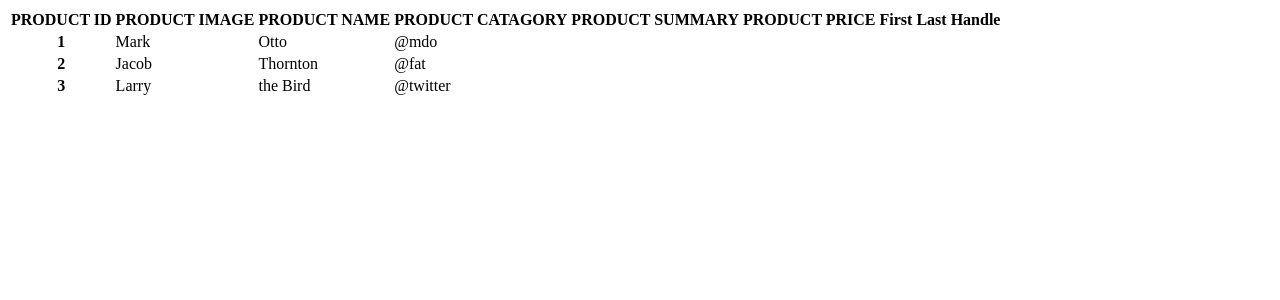
Repository: sukantg-007/Servlet-Examples
Page: http://localhost/webapp17/showproduct.jsp
These files come from the project's save history. The page is drawn as it stood at one moment and after the next save; the edit follows.
The browser window is 1280 px wide. The pictures show the whole page.
The page is served by Tomcat 9.

Above is the page before, as saved 2021-11-14 07:51:54.

After the next save:
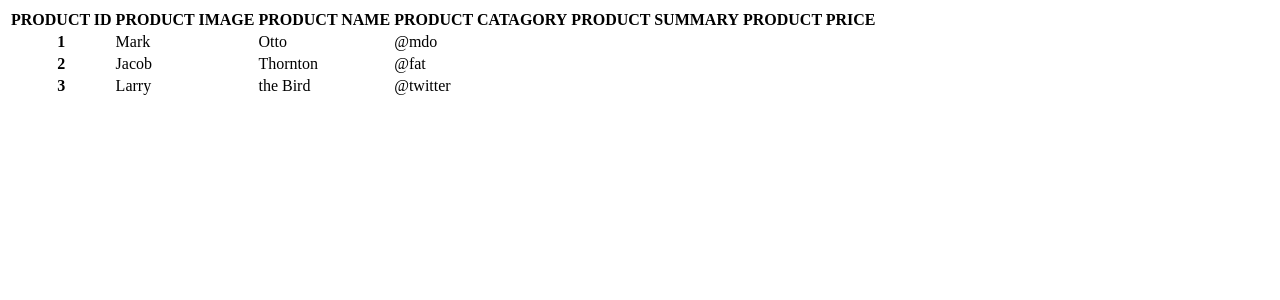
Saved 20 s later.
--- a/webapp17/WebContent/showproduct.jsp
+++ b/webapp17/WebContent/showproduct.jsp
@@ -18,10 +18,6 @@
       <th scope="col">PRODUCT CATAGORY</th>
       <th scope="col">PRODUCT SUMMARY</th>
       <th scope="col">PRODUCT PRICE</th>
-
-      <th scope="col">First</th>
-      <th scope="col">Last</th>
-      <th scope="col">Handle</th>
     </tr>
   </thead>
   <tbody>
